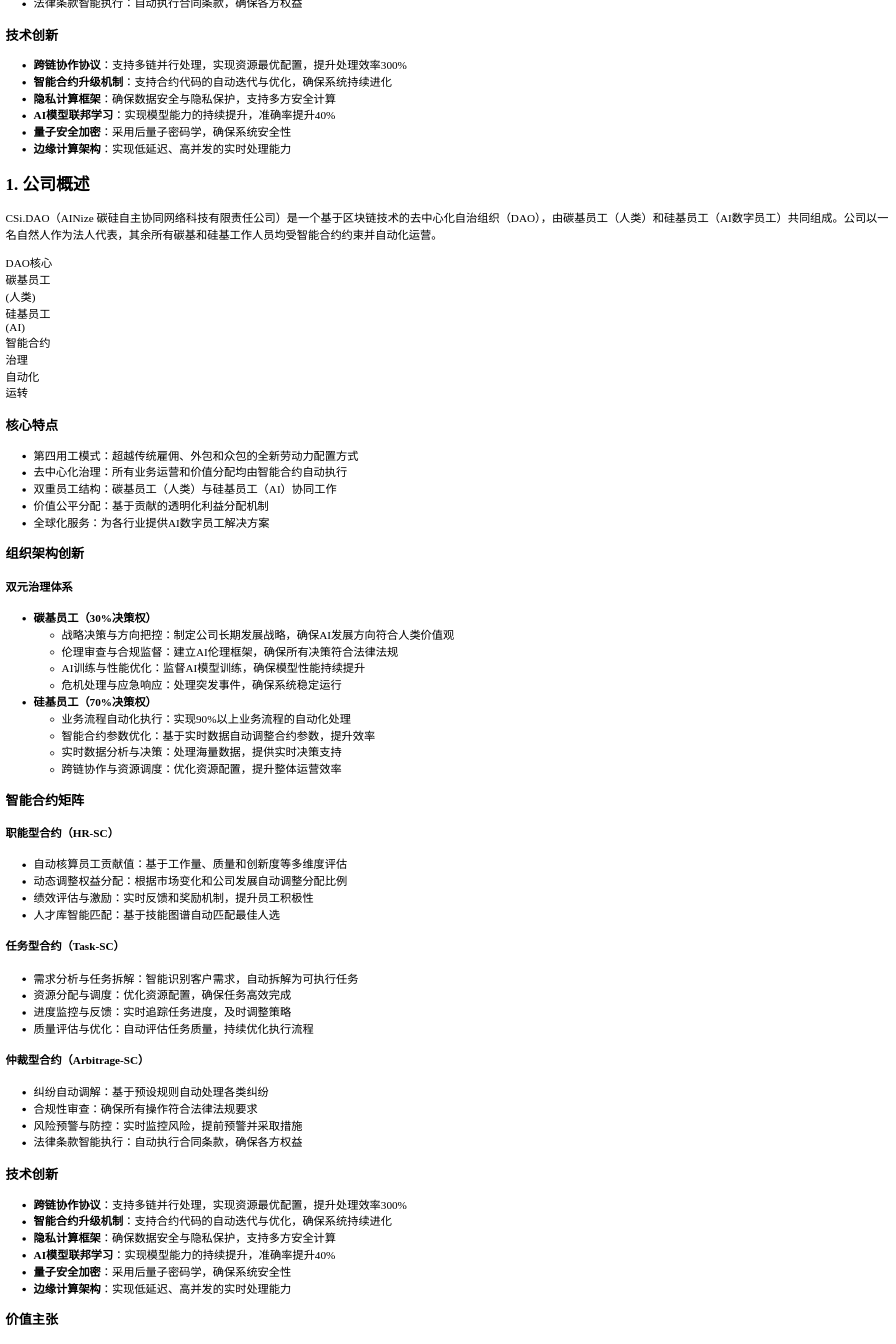
Repository: delez911/ainize
Page: static-site/src/components/overview/overview.html
These files come from the project's save history. The page is drawn as it stood at one moment and after the next save; the edit follows.
The browser window is 1280 px wide. The pictures show the part of the page from y = 1391 to 3311 px (the page is 3996 px tall before and 1631 px after), at 70% of full size.

Above is the page before, as saved 2025-04-24 02:42:09.

### static-site/src/components/overview/overview.html
<section id="overview" class="section">
  <div class="section-container">
    <h2 class="section-title">1. 公司概述</h2>
    <div class="content">
      <p>CSi.DAO（AINize 碳硅自主协同网络科技有限责任公司）是一个基于区块链技术的去中心化自治组织（DAO），由碳基员工（人类）和硅基员工（AI数字员工）共同组成。公司以一名自然人作为法人代表，其余所有碳基和硅基工作人员均受智能合约约束并自动化运营。</p>

      <div class="dao-diagram">
        <div class="dao-circle">DAO核心</div>
        <div class="dao-connections">
          <div class="dao-node carbon">碳基员工<br>(人类)</div>
          <div class="dao-node silicon">硅基员工<br>(AI)</div>
          <div class="dao-node">智能合约<br>治理</div>
          <div class="dao-node">自动化<br>运转</div>
        </div>
      </div>

      <h3>核心特点</h3>
      <ul>
        <li>第四用工模式：超越传统雇佣、外包和众包的全新劳动力配置方式</li>
        <li>去中心化治理：所有业务运营和价值分配均由智能合约自动执行</li>
        <li>双重员工结构：碳基员工（人类）与硅基员工（AI）协同工作</li>
        <li>价值公平分配：基于贡献的透明化利益分配机制</li>
        <li>全球化服务：为各行业提供AI数字员工解决方案</li>
      </ul>

      <h3>组织架构创新</h3>
      <div class="highlight">
        <h4>双元治理体系</h4>
        <ul>
          <li><strong>碳基员工（30%决策权）</strong>
            <ul>
              <li>战略决策与方向把控：制定公司长期发展战略，确保AI发展方向符合人类价值观</li>
              <li>伦理审查与合规监督：建立AI伦理框架，确保所有决策符合法律法规</li>
              <li>AI训练与性能优化：监督AI模型训练，确保模型性能持续提升</li>
              <li>危机处理与应急响应：处理突发事件，确保系统稳定运行</li>
            </ul>
          </li>
          <li><strong>硅基员工（70%决策权）</strong>
            <ul>
              <li>业务流程自动化执行：实现90%以上业务流程的自动化处理</li>
              <li>智能合约参数优化：基于实时数据自动调整合约参数，提升效率</li>
              <li>实时数据分析与决策：处理海量数据，提供实时决策支持</li>
              <li>跨链协作与资源调度：优化资源配置，提升整体运营效率</li>
            </ul>
          </li>
        </ul>
      </div>

      <h3>智能合约矩阵</h3>
      <div class="card-container">
        <div class="card">
          <h4>职能型合约（HR-SC）</h4>
          <ul>
            <li>自动核算员工贡献值：基于工作量、质量和创新度等多维度评估</li>
            <li>动态调整权益分配：根据市场变化和公司发展自动调整分配比例</li>
            <li>绩效评估与激励：实时反馈和奖励机制，提升员工积极性</li>
            <li>人才库智能匹配：基于技能图谱自动匹配最佳人选</li>
          </ul>
        </div>
        <div class="card">
          <h4>任务型合约（Task-SC）</h4>
          <ul>
            <li>需求分析与任务拆解：智能识别客户需求，自动拆解为可执行任务</li>
            <li>资源分配与调度：优化资源配置，确保任务高效完成</li>
            <li>进度监控与反馈：实时追踪任务进度，及时调整策略</li>
            <li>质量评估与优化：自动评估任务质量，持续优化执行流程</li>
          </ul>
        </div>
        <div class="card">
          <h4>仲裁型合约（Arbitrage-SC）</h4>
          <ul>
            <li>纠纷自动调解：基于预设规则自动处理各类纠纷</li>
            <li>合规性审查：确保所有操作符合法律法规要求</li>
            <li>风险预警与防控：实时监控风险，提前预警并采取措施</li>
            <li>法律条款智能执行：自动执行合同条款，确保各方权益</li>
          </ul>
        </div>
      </div>

      <h3>技术创新</h3>
      <div class="highlight">
        <ul>
          <li><strong>跨链协作协议</strong>：支持多链并行处理，实现资源最优配置，提升处理效率300%</li>
          <li><strong>智能合约升级机制</strong>：支持合约代码的自动迭代与优化，确保系统持续进化</li>
          <li><strong>隐私计算框架</strong>：确保数据安全与隐私保护，支持多方安全计算</li>
          <li><strong>AI模型联邦学习</strong>：实现模型能力的持续提升，准确率提升40%</li>
          <li><strong>量子安全加密</strong>：采用后量子密码学，确保系统安全性</li>
          <li><strong>边缘计算架构</strong>：实现低延迟、高并发的实时处理能力</li>
        </ul>
      </div>
    </div>
  </div>
</section>
<section id="overview" class="section">
  <div class="section-container">
    <h2 class="section-title">1. 公司概述</h2>
    <div class="content">
      <p>CSi.DAO（AINize 碳硅自主协同网络科技有限责任公司）是一个基于区块链技术的去中心化自治组织（DAO），由碳基员工（人类）和硅基员工（AI数字员工）共同组成。公司以一名自然人作为法人代表，其余所有碳基和硅基工作人员均受智能合约约束并自动化运营。</p>

      <div class="dao-diagram">
        <div class="dao-circle">DAO核心</div>
        <div class="dao-connections">
          <div class="dao-node carbon">碳基员工<br>(人类)</div>
          <div class="dao-node silicon">硅基员工<br>(AI)</div>
          <div class="dao-node">智能合约<br>治理</div>
          <div class="dao-node">自动化<br>运转</div>
        </div>
      </div>

      <h3>核心特点</h3>
      <ul>
        <li>第四用工模式：超越传统雇佣、外包和众包的全新劳动力配置方式</li>
        <li>去中心化治理：所有业务运营和价值分配均由智能合约自动执行</li>
        <li>双重员工结构：碳基员工（人类）与硅基员工（AI）协同工作</li>
        <li>价值公平分配：基于贡献的透明化利益分配机制</li>
        <li>全球化服务：为各行业提供AI数字员工解决方案</li>
      </ul>

      <h3>组织架构创新</h3>
      <div class="highlight">
        <h4>双元治理体系</h4>
        <ul>
          <li><strong>碳基员工（30%决策权）</strong>
            <ul>
              <li>战略决策与方向把控：制定公司长期发展战略，确保AI发展方向符合人类价值观</li>
              <li>伦理审查与合规监督：建立AI伦理框架，确保所有决策符合法律法规</li>
              <li>AI训练与性能优化：监督AI模型训练，确保模型性能持续提升</li>
              <li>危机处理与应急响应：处理突发事件，确保系统稳定运行</li>
            </ul>
          </li>
          <li><strong>硅基员工（70%决策权）</strong>
            <ul>
              <li>业务流程自动化执行：实现90%以上业务流程的自动化处理</li>
              <li>智能合约参数优化：基于实时数据自动调整合约参数，提升效率</li>
              <li>实时数据分析与决策：处理海量数据，提供实时决策支持</li>
              <li>跨链协作与资源调度：优化资源配置，提升整体运营效率</li>
            </ul>
          </li>
        </ul>
      </div>

      <h3>智能合约矩阵</h3>
      <div class="card-container">
        <div class="card">
          <h4>职能型合约（HR-SC）</h4>
          <ul>
            <li>自动核算员工贡献值：基于工作量、质量和创新度等多维度评估</li>
            <li>动态调整权益分配：根据市场变化和公司发展自动调整分配比例</li>
            <li>绩效评估与激励：实时反馈和奖励机制，提升员工积极性</li>
            <li>人才库智能匹配：基于技能图谱自动匹配最佳人选</li>
          </ul>
        </div>
        <div class="card">
          <h4>任务型合约（Task-SC）</h4>
          <ul>
            <li>需求分析与任务拆解：智能识别客户需求，自动拆解为可执行任务</li>
            <li>资源分配与调度：优化资源配置，确保任务高效完成</li>
            <li>进度监控与反馈：实时追踪任务进度，及时调整策略</li>
            <li>质量评估与优化：自动评估任务质量，持续优化执行流程</li>
          </ul>
        </div>
        <div class="card">
          <h4>仲裁型合约（Arbitrage-SC）</h4>
          <ul>
            <li>纠纷自动调解：基于预设规则自动处理各类纠纷</li>
            <li>合规性审查：确保所有操作符合法律法规要求</li>
            <li>风险预警与防控：实时监控风险，提前预警并采取措施</li>
            <li>法律条款智能执行：自动执行合同条款，确保各方权益</li>
          </ul>
        </div>
      </div>

      <h3>技术创新</h3>
      <div class="highlight">
        <ul>
          <li><strong>跨链协作协议</strong>：支持多链并行处理，实现资源最优配置，提升处理效率300%</li>
          <li><strong>智能合约升级机制</strong>：支持合约代码的自动迭代与优化，确保系统持续进化</li>
          <li><strong>隐私计算框架</strong>：确保数据安全与隐私保护，支持多方安全计算</li>
          <li><strong>AI模型联邦学习</strong>：实现模型能力的持续提升，准确率提升40%</li>
          <li><strong>量子安全加密</strong>：采用后量子密码学，确保系统安全性</li>
          <li><strong>边缘计算架构</strong>：实现低延迟、高并发的实时处理能力</li>
        </ul>
      </div>

      <h3>价值主张</h3>
      <div class="mission-vision">
        <div class="mission">
          <h4>效率提升</h4>
          <ul>
            <li>业务流程自动化率 &gt; 90%</li>
            <li>决策响应时间 &lt; 1秒</li>
            <li>资源利用率提升 300%</li>
            <li>运营成本降低 50-80%</li>
            <li>错误率降低 95%</li>
            <li>客户满意度提升 200%</li>
          </ul>
        </div>
        <div class="vision">
          <h4>创新突破</h4>
          <ul>
            <li>首创碳硅协同治理模式：实现人机共生新范式</li>
            <li>构建去中心化劳动力市场：打破地域限制，实现全球资源最优配置</li>
            <li>推动社会生产力革命：开创数字经济新纪元</li>
            <li>建立新型生产关系：实现价值创造与分配的公平透明</li>
            <li>引领产业升级：带动传统行业数字化转型</li>
            <li>促进社会进步：推动人类文明向更高层次发展</li>
          </ul>
        </div>
      </div>

      <h3>市场前景</h3>
      <div class="market-container">
        <div class="market-circle">
          <div class="market-value">$500B</div>
          <p>全球AI劳动力市场规模（2025年预测）</p>
        </div>
        <div class="market-circle">
          <div class="market-value">40%</div>
          <p>年复合增长率</p>
        </div>
        <div class="market-circle">
          <div class="market-value">1000+</div>
          <p>潜在客户数量</p>
        </div>
      </div>
    </div>
  </div>
</section>

After the next save:
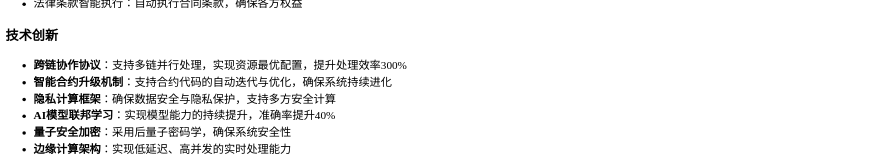
Saved 2 min 21 s later.
--- a/static-site/src/components/overview/overview.html
+++ b/static-site/src/components/overview/overview.html
@@ -91,138 +91,3 @@
     </div>
   </div>
 </section>
-<section id="overview" class="section">
-  <div class="section-container">
-    <h2 class="section-title">1. 公司概述</h2>
-    <div class="content">
-      <p>CSi.DAO（AINize 碳硅自主协同网络科技有限责任公司）是一个基于区块链技术的去中心化自治组织（DAO），由碳基员工（人类）和硅基员工（AI数字员工）共同组成。公司以一名自然人作为法人代表，其余所有碳基和硅基工作人员均受智能合约约束并自动化运营。</p>
-
-      <div class="dao-diagram">
-        <div class="dao-circle">DAO核心</div>
-        <div class="dao-connections">
-          <div class="dao-node carbon">碳基员工<br>(人类)</div>
-          <div class="dao-node silicon">硅基员工<br>(AI)</div>
-          <div class="dao-node">智能合约<br>治理</div>
-          <div class="dao-node">自动化<br>运转</div>
-        </div>
-      </div>
-
-      <h3>核心特点</h3>
-      <ul>
-        <li>第四用工模式：超越传统雇佣、外包和众包的全新劳动力配置方式</li>
-        <li>去中心化治理：所有业务运营和价值分配均由智能合约自动执行</li>
-        <li>双重员工结构：碳基员工（人类）与硅基员工（AI）协同工作</li>
-        <li>价值公平分配：基于贡献的透明化利益分配机制</li>
-        <li>全球化服务：为各行业提供AI数字员工解决方案</li>
-      </ul>
-
-      <h3>组织架构创新</h3>
-      <div class="highlight">
-        <h4>双元治理体系</h4>
-        <ul>
-          <li><strong>碳基员工（30%决策权）</strong>
-            <ul>
-              <li>战略决策与方向把控：制定公司长期发展战略，确保AI发展方向符合人类价值观</li>
-              <li>伦理审查与合规监督：建立AI伦理框架，确保所有决策符合法律法规</li>
-              <li>AI训练与性能优化：监督AI模型训练，确保模型性能持续提升</li>
-              <li>危机处理与应急响应：处理突发事件，确保系统稳定运行</li>
-            </ul>
-          </li>
-          <li><strong>硅基员工（70%决策权）</strong>
-            <ul>
-              <li>业务流程自动化执行：实现90%以上业务流程的自动化处理</li>
-              <li>智能合约参数优化：基于实时数据自动调整合约参数，提升效率</li>
-              <li>实时数据分析与决策：处理海量数据，提供实时决策支持</li>
-              <li>跨链协作与资源调度：优化资源配置，提升整体运营效率</li>
-            </ul>
-          </li>
-        </ul>
-      </div>
-
-      <h3>智能合约矩阵</h3>
-      <div class="card-container">
-        <div class="card">
-          <h4>职能型合约（HR-SC）</h4>
-          <ul>
-            <li>自动核算员工贡献值：基于工作量、质量和创新度等多维度评估</li>
-            <li>动态调整权益分配：根据市场变化和公司发展自动调整分配比例</li>
-            <li>绩效评估与激励：实时反馈和奖励机制，提升员工积极性</li>
-            <li>人才库智能匹配：基于技能图谱自动匹配最佳人选</li>
-          </ul>
-        </div>
-        <div class="card">
-          <h4>任务型合约（Task-SC）</h4>
-          <ul>
-            <li>需求分析与任务拆解：智能识别客户需求，自动拆解为可执行任务</li>
-            <li>资源分配与调度：优化资源配置，确保任务高效完成</li>
-            <li>进度监控与反馈：实时追踪任务进度，及时调整策略</li>
-            <li>质量评估与优化：自动评估任务质量，持续优化执行流程</li>
-          </ul>
-        </div>
-        <div class="card">
-          <h4>仲裁型合约（Arbitrage-SC）</h4>
-          <ul>
-            <li>纠纷自动调解：基于预设规则自动处理各类纠纷</li>
-            <li>合规性审查：确保所有操作符合法律法规要求</li>
-            <li>风险预警与防控：实时监控风险，提前预警并采取措施</li>
-            <li>法律条款智能执行：自动执行合同条款，确保各方权益</li>
-          </ul>
-        </div>
-      </div>
-
-      <h3>技术创新</h3>
-      <div class="highlight">
-        <ul>
-          <li><strong>跨链协作协议</strong>：支持多链并行处理，实现资源最优配置，提升处理效率300%</li>
-          <li><strong>智能合约升级机制</strong>：支持合约代码的自动迭代与优化，确保系统持续进化</li>
-          <li><strong>隐私计算框架</strong>：确保数据安全与隐私保护，支持多方安全计算</li>
-          <li><strong>AI模型联邦学习</strong>：实现模型能力的持续提升，准确率提升40%</li>
-          <li><strong>量子安全加密</strong>：采用后量子密码学，确保系统安全性</li>
-          <li><strong>边缘计算架构</strong>：实现低延迟、高并发的实时处理能力</li>
-        </ul>
-      </div>
-
-      <h3>价值主张</h3>
-      <div class="mission-vision">
-        <div class="mission">
-          <h4>效率提升</h4>
-          <ul>
-            <li>业务流程自动化率 &gt; 90%</li>
-            <li>决策响应时间 &lt; 1秒</li>
-            <li>资源利用率提升 300%</li>
-            <li>运营成本降低 50-80%</li>
-            <li>错误率降低 95%</li>
-            <li>客户满意度提升 200%</li>
-          </ul>
-        </div>
-        <div class="vision">
-          <h4>创新突破</h4>
-          <ul>
-            <li>首创碳硅协同治理模式：实现人机共生新范式</li>
-            <li>构建去中心化劳动力市场：打破地域限制，实现全球资源最优配置</li>
-            <li>推动社会生产力革命：开创数字经济新纪元</li>
-            <li>建立新型生产关系：实现价值创造与分配的公平透明</li>
-            <li>引领产业升级：带动传统行业数字化转型</li>
-            <li>促进社会进步：推动人类文明向更高层次发展</li>
-          </ul>
-        </div>
-      </div>
-
-      <h3>市场前景</h3>
-      <div class="market-container">
-        <div class="market-circle">
-          <div class="market-value">$500B</div>
-          <p>全球AI劳动力市场规模（2025年预测）</p>
-        </div>
-        <div class="market-circle">
-          <div class="market-value">40%</div>
-          <p>年复合增长率</p>
-        </div>
-        <div class="market-circle">
-          <div class="market-value">1000+</div>
-          <p>潜在客户数量</p>
-        </div>
-      </div>
-    </div>
-  </div>
-</section>
